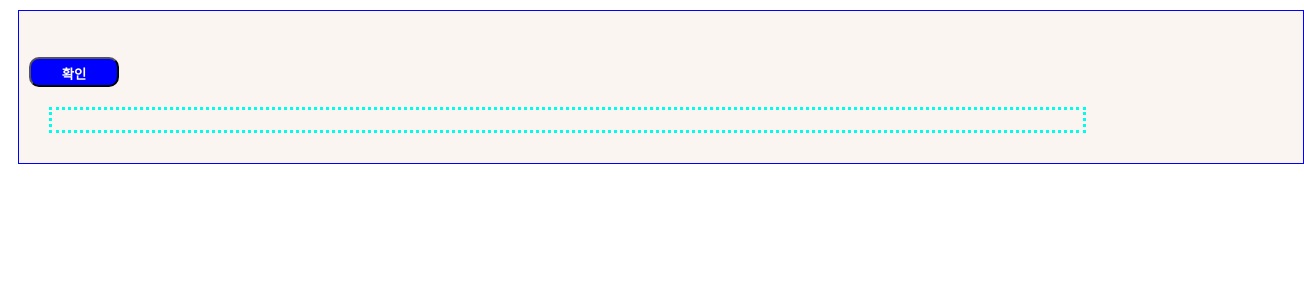
Repository: yul3220/WebProgrammingLecture
Page: jqpro/WebContent/2021-02-04/lprod_prod.html
The author's editor kept a copy of each file at every save. The page is drawn from the files as they stood at one save, then again after the next save.
The browser window is 1280 px wide. The page is 1304 px wide, so the pictures cover 1304 px, including what lies to the right of the window. The pictures show the whole page.

Above is the page before, as saved 2021-02-04 01:43:40.

After the next save:
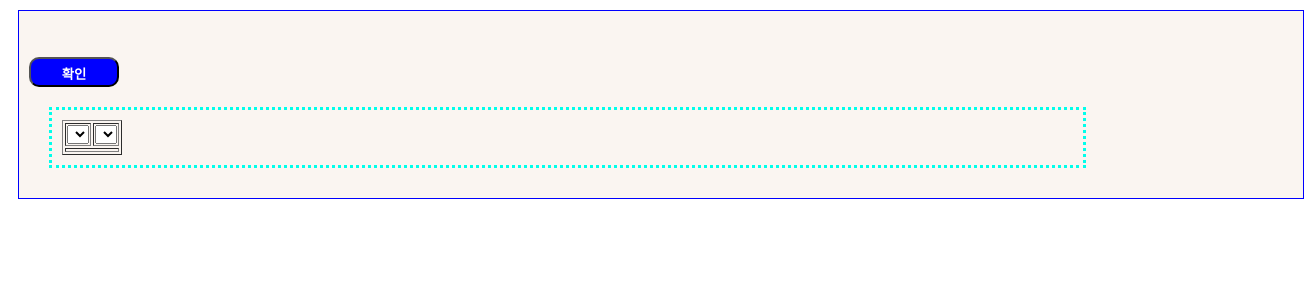
Saved 2 min 20 s later.
--- a/jqpro/WebContent/2021-02-04/lprod_prod.html
+++ b/jqpro/WebContent/2021-02-04/lprod_prod.html
@@ -19,7 +19,22 @@
     	<br><br>
     	<input type="button" value="확인"/>
 
-    	<div id="result1"></div>
+    	<div id="result1">
+    		<table border="1">
+    			<tr>
+    				<td>
+    					<select id="lprod"></select>
+    				</td>
+    				<td>
+    					<select id="prod"></select>
+    				</td>
+    			</tr>
+
+    			<tr>
+    				<td colspan="2"></td>
+    			</tr>
+    		</table>
+    	</div>
 	</div>
 </body>
 </html>
